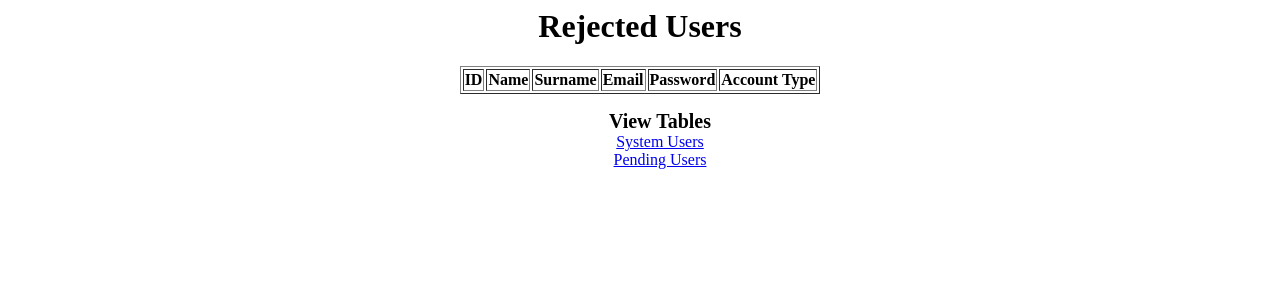
Repository: lorna-k/Workspace
Page: http://localhost/Alumni-2/JSP/RejectedUsers.jsp
An editor plug-in stored every save of this project. The page is shown before and after the next save, followed by the edit.
The browser window is 1280 px wide. The pictures show the whole page.
The page is served by Tomcat 9. Other server files are loaded and not shown. Queries for data that is not in the repository find no rows.

Above is the page before, as saved 2016-09-09 20:01:58.

### Alumni/Alumni-2/WebContent/JSP/RejectedUsers.jsp


<%--
    Document   : AllPost
    Created on : Sep 1, 2016, 10:29:40 PM
    Author     : Skhumbuzo
--%>

<%@ page import="java.sql.*" %>
<%@ page import="dao.DataAccess" %>

<% Class.forName("com.mysql.jdbc.Driver"); %>

<HTML>
    <HEAD>
        <TITLE>Pending Users </TITLE>
    </HEAD>

    <BODY >
        <H1 align="center">Rejected Users</H1>

        <%
            Connection connection = DriverManager.getConnection("jdbc:mysql://137.158.160.145:3306/ngwphu001", "ngwphu001", "eupheyei");

            Statement statement = connection.createStatement() ;
            ResultSet resultset =
            statement.executeQuery("select * from Rejected_Users") ;
        %>
        <div align="center">
			<form action="${pageContext.request.contextPath}/ProcessRequest" method="post">

		        <TABLE BORDER="1">
		            <TR>
		                <TH>ID</TH>
		                <TH>Name</TH>
		                <TH>Surname</TH>
		                <TH>Email</TH>
		                <TH>Password</TH>
		                <TH>Account Type</TH>
		            <!--<TH>Accept</TH>
		                <TH>Reject</TH>-->
		            </TR>
		            <% while(resultset.next())
		            {
		            	String id=resultset.getString(1);
		            	DataAccess da=new DataAccess();
		            %>
		            <TR>
		                <TD> <%= resultset.getString(1) %></TD>
		                <TD> <%= resultset.getString(2) %></TD>
		                <TD> <%= resultset.getString(3) %></TD>
		                <TD> <%= resultset.getString(4) %></TD>
		                <TD> ****************</TD>
		                <TD> <%= resultset.getString(6) %></TD>
		            <!--<TD><input type="submit" name="accept" value="<%=id%>" style="width:100%" /></TD>
		                <TD><input type="submit" name="reject" value="<%=id%>" style="width:100%" /></TD>-->
		            </TR>
		            <% } %>
		        </TABLE>

	        </form>


	        <ul style="list-style: none;">
	        	<li><strong style="font-size:20px">View Tables</strong></li>
	        	<li><a href="SystemUsers.jsp">System Users</a></li>
	        	<li><a href="PendingUsers.jsp">Pending Users</a></li>
	        </ul>




        </div>



    </BODY>
</HTML>

After the next save:
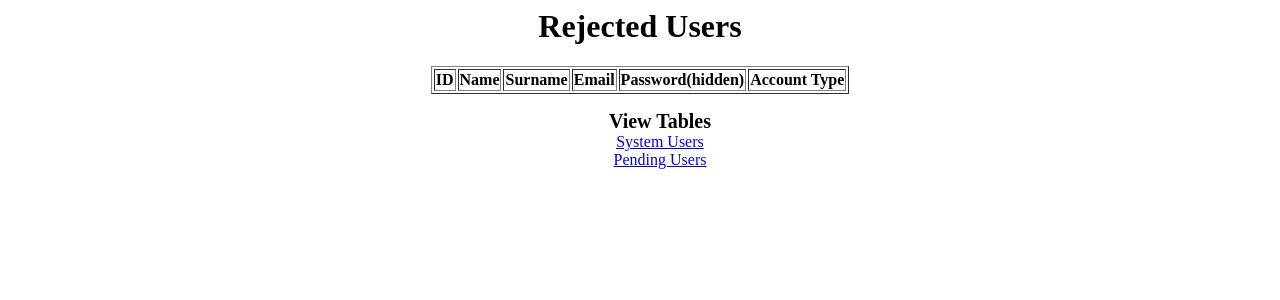
Saved 47 s later.
--- a/Alumni/Alumni-2/WebContent/JSP/RejectedUsers.jsp
+++ b/Alumni/Alumni-2/WebContent/JSP/RejectedUsers.jsp
@@ -35,7 +35,7 @@
 		                <TH>Name</TH>
 		                <TH>Surname</TH>
 		                <TH>Email</TH>
-		                <TH>Password</TH>
+		                <TH>Password(hidden)</TH>
 		                <TH>Account Type</TH>
 		            <!--<TH>Accept</TH>
 		                <TH>Reject</TH>-->
